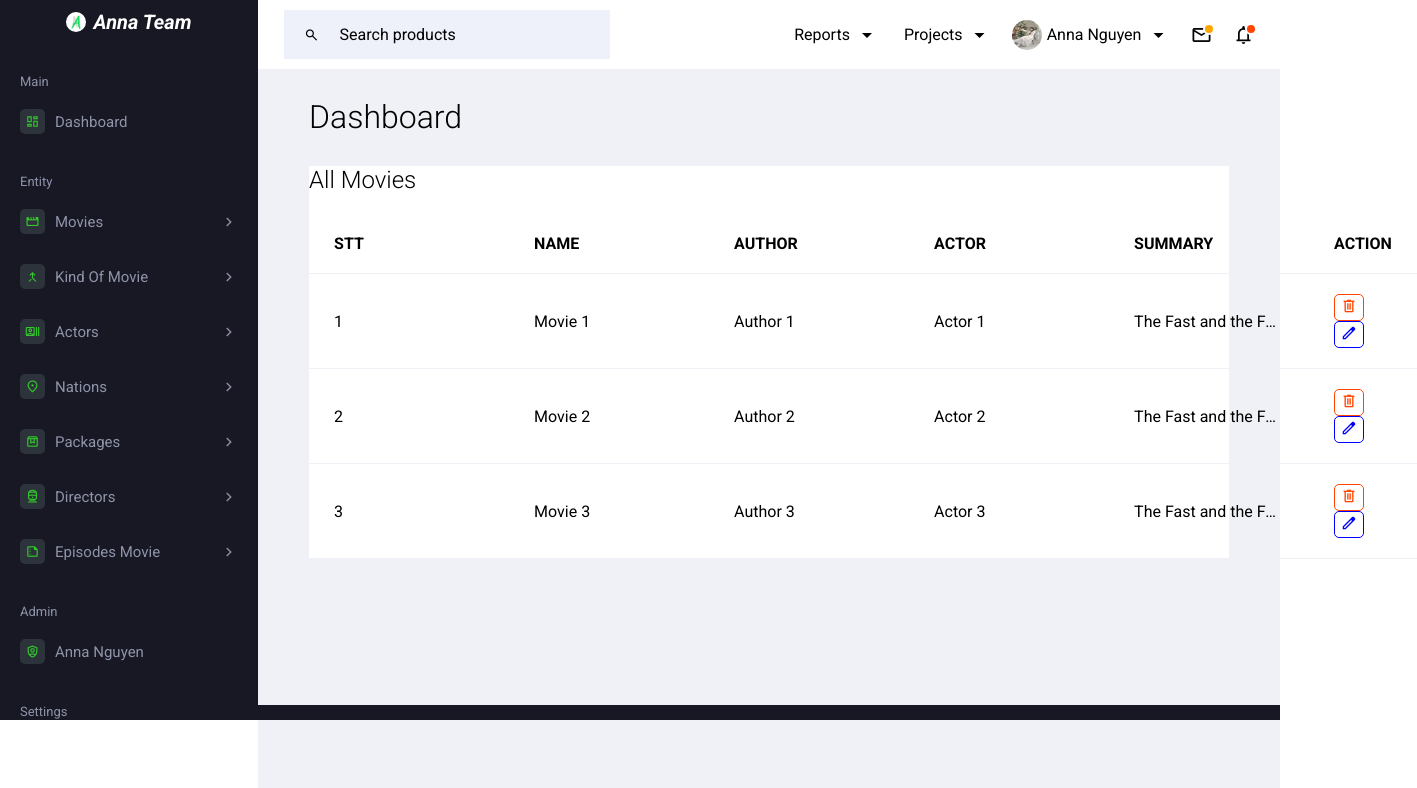
Repository: tuankiet10920/admin_vuejs
Page: / (app in frontend/)
The author's editor kept a copy of each file at every save. The page is drawn from the files as they stood at one save, then again after the next save.
The browser window is 1280 px wide. The page is 1417 px wide, then 1280 px, then 1417 px, so the pictures cover 1417 px, including what lies to the right of the window. The pictures show the whole page.
The project was rebuilt for these pictures with package versions that can differ from the ones it lists, and the page was loaded fresh each time. Also part of the build but not shown: frontend/vite.config.js, frontend/src/views/HeaderView.vue.

Above is the page before, as saved 2024-09-30 15:00:33.

After the next save:
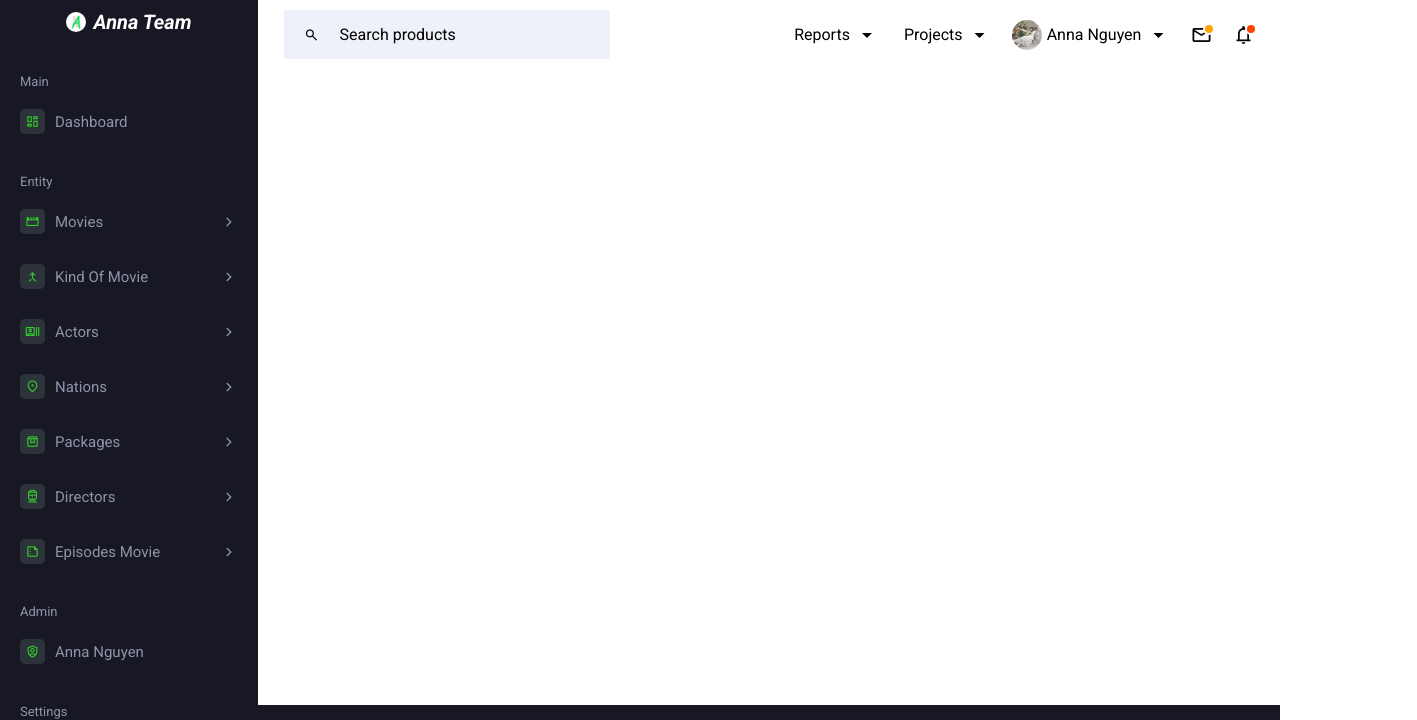
Console error: TypeError: this.body.forEach is not a function
Saved 93 min 2 s later.
--- a/frontend/src/views/HomeView.vue
+++ b/frontend/src/views/HomeView.vue
@@ -6,31 +6,37 @@
       <h1>Dashboard</h1>
       <div class="all-movies">
         <h2>All Movies</h2>
-        <TableCustom class="table-all-movies" :headtb="headtb" :bodytb="movies"/>
+        <TableCustom
+          class="table-all-movies"
+          :headtb="headtb"
+          :bodytb="movies"
+        />
       </div>
     </div>
   </div>
 </template>
 <script>
 import TableCustom from "../components/table.vue";
-import MovieData from "../assets/data/movies.json"
+import MovieData from "../assets/data/movies.json";
+import { getData } from "@/api/connectApi";
 export default {
   data() {
     return {
-      headtb: [
-        'stt',
-        'name',
-        'author',
-        'actor',
-        'summary',
-        'action'
-      ],
-      movies: MovieData
+      headtb: ["stt", "name", "author", "actor", "summary", "action"],
+      movies: function () {
+        getData()
+          .then((response) => {
+            return response.data;
+          })
+          .catch((error) => {
+            console.error(error);
+          });
+      },
     };
   },
   components: {
     TableCustom,
-  }
+  },
 };
 </script>
 <style scoped>
@@ -48,15 +54,15 @@
   height: 150px;
   margin-bottom: 10px;
 }
-.all-movies{
+.all-movies {
   background: #fff;
   width: 100%;
 }
-.dashboard h1{
+.dashboard h1 {
   padding: 30px 0px;
   font-weight: 300;
 }
-.all-movies h2{
+.all-movies h2 {
   font-weight: 300;
   margin-bottom: 20px;
 }

After the 4 saves that followed:
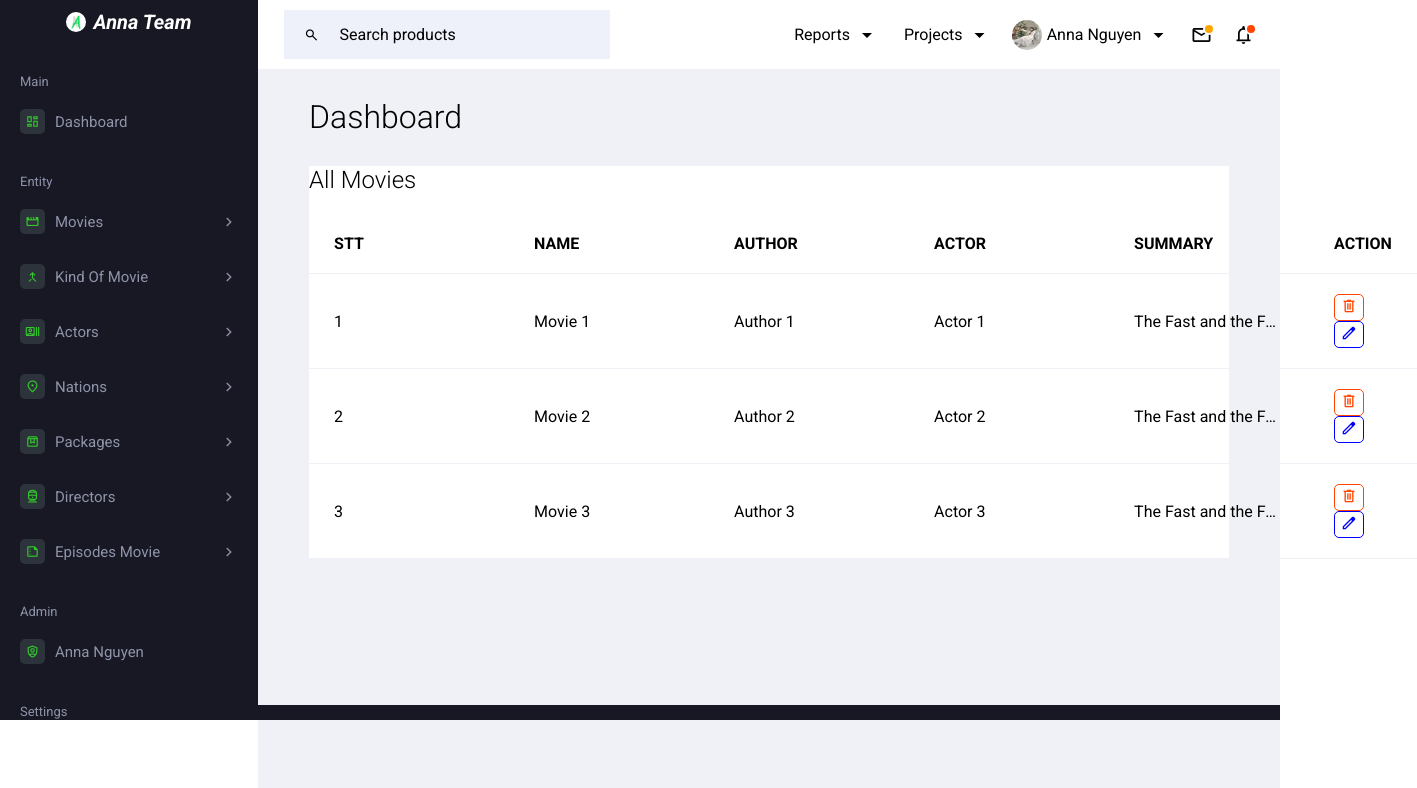
The error is gone.
The 4 saves are shown as one change because 1 did not build or start and 2 left the picture as it was.
The last was saved 2 min 54 s later.
--- a/frontend/src/views/HomeView.vue
+++ b/frontend/src/views/HomeView.vue
@@ -6,11 +6,7 @@
       <h1>Dashboard</h1>
       <div class="all-movies">
         <h2>All Movies</h2>
-        <TableCustom
-          class="table-all-movies"
-          :headtb="headtb"
-          :bodytb="movies"
-        />
+        <TableCustom class="table-all-movies" :headtb="headtb" :bodytb="movies" />
       </div>
     </div>
   </div>
@@ -22,21 +18,20 @@
 export default {
   data() {
     return {
-      headtb: ["stt", "name", "author", "actor", "summary", "action"],
-      movies: function () {
-        getData()
-          .then((response) => {
-            return response.data;
-          })
-          .catch((error) => {
-            console.error(error);
-          });
-      },
+      headtb: [
+        'stt',
+        'name',
+        'author',
+        'actor',
+        'summary',
+        'action'
+      ],
+      movies: MovieData
     };
   },
   components: {
     TableCustom,
-  },
+  }
 };
 </script>
 <style scoped>
@@ -45,23 +40,28 @@
   display: flex;
   justify-content: center;
 }
+
 .dashboard {
   width: 90%;
 }
+
 .box {
   background: #000;
   width: 100px;
   height: 150px;
   margin-bottom: 10px;
 }
+
 .all-movies {
   background: #fff;
   width: 100%;
 }
+
 .dashboard h1 {
   padding: 30px 0px;
   font-weight: 300;
 }
+
 .all-movies h2 {
   font-weight: 300;
   margin-bottom: 20px;
